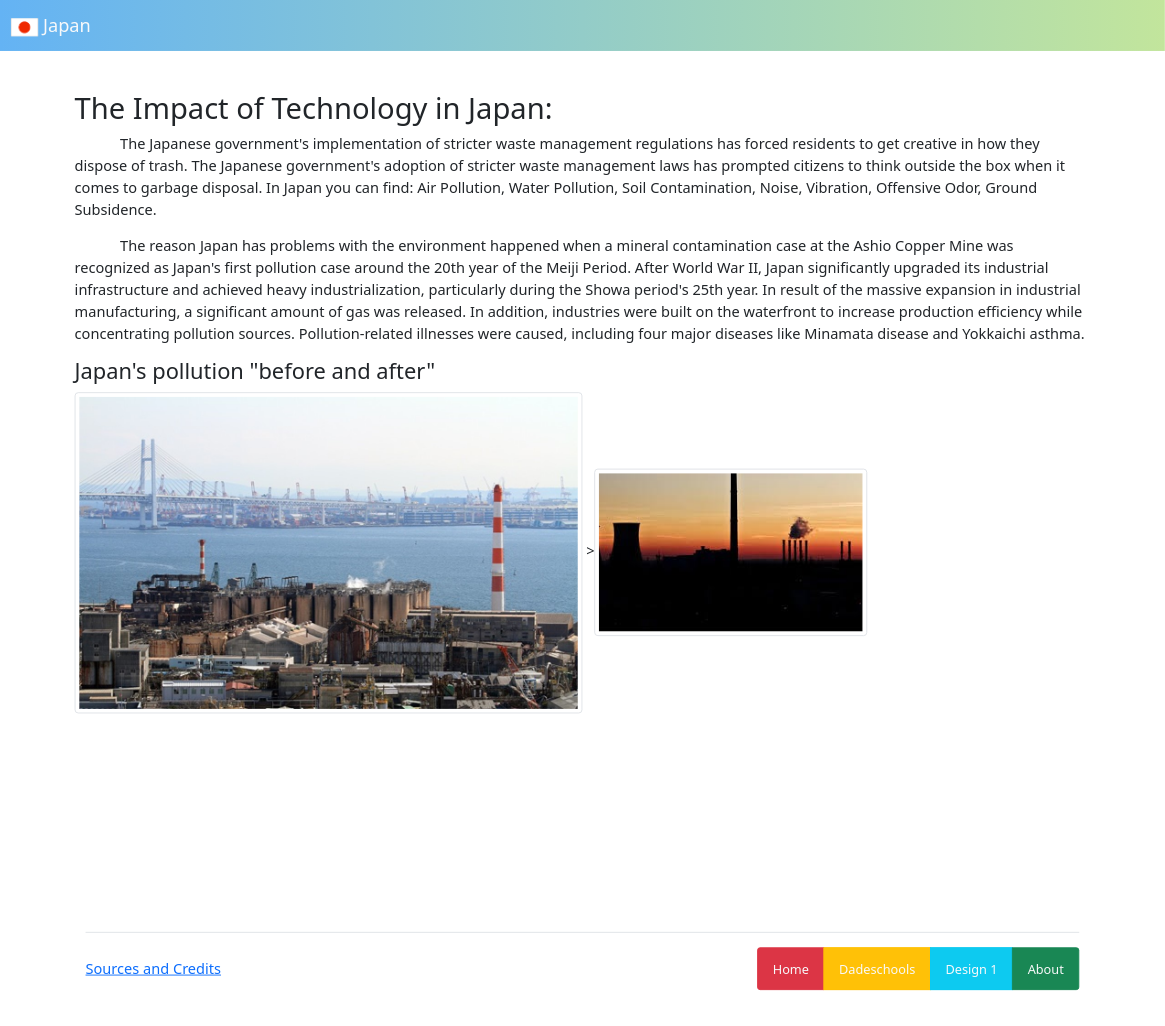
Repository: mrchilliballs/mrchilliballs.github.io
Page: untitled-2.html
The author's editor kept a copy of each file at every save. The page is drawn from the files as they stood at one save, then again after the next save.
The browser window is 1280 px wide. The pictures show the whole page, at 91% of full size.

Above is the page before, as saved 2021-09-02 19:06:26.

### untitled-2.html
<!DOCTYPE html>
<html lang="en">
<head>
    <meta charset="UTF-8">
    <meta http-equiv="X-UA-Compatible" content="IE=edge">
    <!-- CSS only -->
<link href="https://cdn.jsdelivr.net/npm/bootstrap@5.1.0/dist/css/bootstrap.min.css" rel="stylesheet" integrity="sha384-KyZXEAg3QhqLMpG8r+8fhAXLRk2vvoC2f3B09zVXn8CA5QIVfZOJ3BCsw2P0p/We" crossorigin="anonymous">
    <meta name="viewport" content="width=device-width, initial-scale=1.0">
    <title>Document</title>
    <style>
@keyframes AnimationName {
    0%{background-position:0% 50%}
    50%{background-position:100% 50%}
    100%{background-position:0% 50%}
}
#navabr {
    animation: AnimationName 1s ease infinite !important;
    background: #c2e59c;  /* fallback for old browsers */
    background: -webkit-linear-gradient(to right, #64b3f4, #c2e59c);  /* Chrome 10-25, Safari 5.1-6 */
    background: linear-gradient(to right, #64b3f4, #c2e59c); /* W3C, IE 10+/ Edge, Firefox 16+, Chrome 26+, Opera 12+, Safari 7+ */
}
    </style>
</head>
<body>
    <nav class="navbar navbar-light bg-light fixed-top" id="navabr">
        <div class="container-fluid">
          <a class="navbar-brand" href="#">
            <img src="japan.gif" alt="" width="30" height="20 class="d-inline-block align-text-top">
            <span class="text-light">Japan</span>
          </a>
        </div>
      </nav>
    <main class="container">
<h2 style="margin-top: 100px;">The Impact of Technology in Japan:</h2>
	<p style="text-indent: 50px;">The Japanese government's implementation of stricter waste management regulations has forced residents to get creative in how they dispose of trash. The Japanese government's adoption of stricter waste management laws has prompted citizens to think outside the box when it comes to garbage disposal. In Japan you can find: Air Pollution, Water Pollution, Soil Contamination, Noise, Vibration, Offensive Odor, Ground Subsidence.
	<br></p><p style="text-indent: 50px;">The reason Japan has problems with the environment happened when a mineral contamination case at the Ashio Copper Mine was recognized as Japan's first pollution case around the 20th year of the Meiji Period. After World War II, Japan significantly upgraded its industrial infrastructure and achieved heavy industrialization, particularly during the Showa period's 25th year. In result of the massive expansion in industrial manufacturing, a significant amount of gas was released. In addition, industries were built on the waterfront to increase production efficiency while concentrating pollution sources. Pollution-related illnesses were caused, including four major diseases like Minamata disease and Yokkaichi asthma.
    </p>
    <h4>Japan's pollution "before and after"</h4>
    <img src="Picture1.jpg" class="rounded img-thumbnail img-fluid  alt="..." height="50%" width="50%">
    ><img src="Picture2.jpg" class="rounded img-thumbnail img-fluid" alt="..." height="75%">
    <div style="margin-bottom: 15rem;"></div>
        <div class="container">
            <footer class="d-flex flex-wrap justify-content-between align-items-center py-3 my-4 border-top" style="">
              <div class="dropdown">
                <a class="" href="#" role="button" id="dropdownMenuLink" data-bs-toggle="dropdown" aria-expanded="false">
                  Sources and Credits
                </a>

                <ul class="dropdown-menu" aria-labelledby="dropdownMenuLink">
                  <li><a class="dropdown-item" href="https://www.world-weather-travellers-guide.com/air-pollution-in-japan.htm">Source 1</a></li>
                  <li><a class="dropdown-item" href="https://www.nytimes.com/1964/12/26/archives/tokyo-troubled-by-air-pollution-emphasis-in-smog-control-is-still.html">Source 2</a></li>
                  <li><a class="dropdown-item" href="https://creativecommons.org/licenses/by-nc/2.0/s">Source 3</a></li>
                  <li><a class="dropdown-item" href="https://encyclopedia.1914-1918 online.net/article/science_and_technology_japan ">Source 4</a></li>
                  <li><a class="dropdown-item" href="https://en.wikipedia.org/wiki/Tokyo">Source 5</a></li>
                  <li><a class="dropdown-item" href="https://en.wikipedia.org/wiki/Meiji_Restoration ">Source 6</a></li>
                </ul>
              </div>
              <a href="/" class="col-md-4 d-flex align-items-center justify-content-center mb-3 mb-md-0 me-md-auto link-dark text-decoration-none">
                <svg class="bi me-2" width="40" height="32"><use xlink:href="#bootstrap"></use></svg>
              </a>

              <ul class="nav col-md-4 justify-content-end">
                <div class="btn-group" role="group" aria-label="Basic mixed styles example">
                    <button type="button" class="btn btn-danger btn-sm"><li class="nav-item"><a href="#" class="nav-link px-2 text-light">Home</a></li></button>
                    <button type="button" class="btn btn-warning btn-sm"><li class="nav-item"><a href="https://www3.dadeschools.net" class="nav-link px-2 text-light">Dadeschools</a></li></button>
                    <button type="button" class="btn btn-info btn-sm"><li class="nav-item"><a href="index.html" class="nav-link px-2 text-light">Design 1</a></li></button>
                    <button type="button" class="btn btn-success btn-sm"><li class="nav-item"><a class="nav-link px-2 text-light" href="#" role="button" id="dropdownMenuLink" data-bs-toggle="dropdown" aria-expanded="false">About</a><ul class="dropdown-menu" aria-labelledby="dropdownMenuLink1">
                      <li class="dropdown-item">We made this website using the program language "HTML". It took us a lot of work and we hope we get a good grade on this because we did our best on this website.</li>
                    </ul></li>
                    </button>
                  </div>
              </ul>
            </footer>
          </div>
          <!-- JavaScript Bundle with Popper -->
<script src="https://cdn.jsdelivr.net/npm/bootstrap@5.1.0/dist/js/bootstrap.bundle.min.js" integrity="sha384-U1DAWAznBHeqEIlVSCgzq+c9gqGAJn5c/t99JyeKa9xxaYpSvHU5awsuZVVFIhvj" crossorigin="anonymous"></script>
    </main>
</body>
</html>

After the next save:
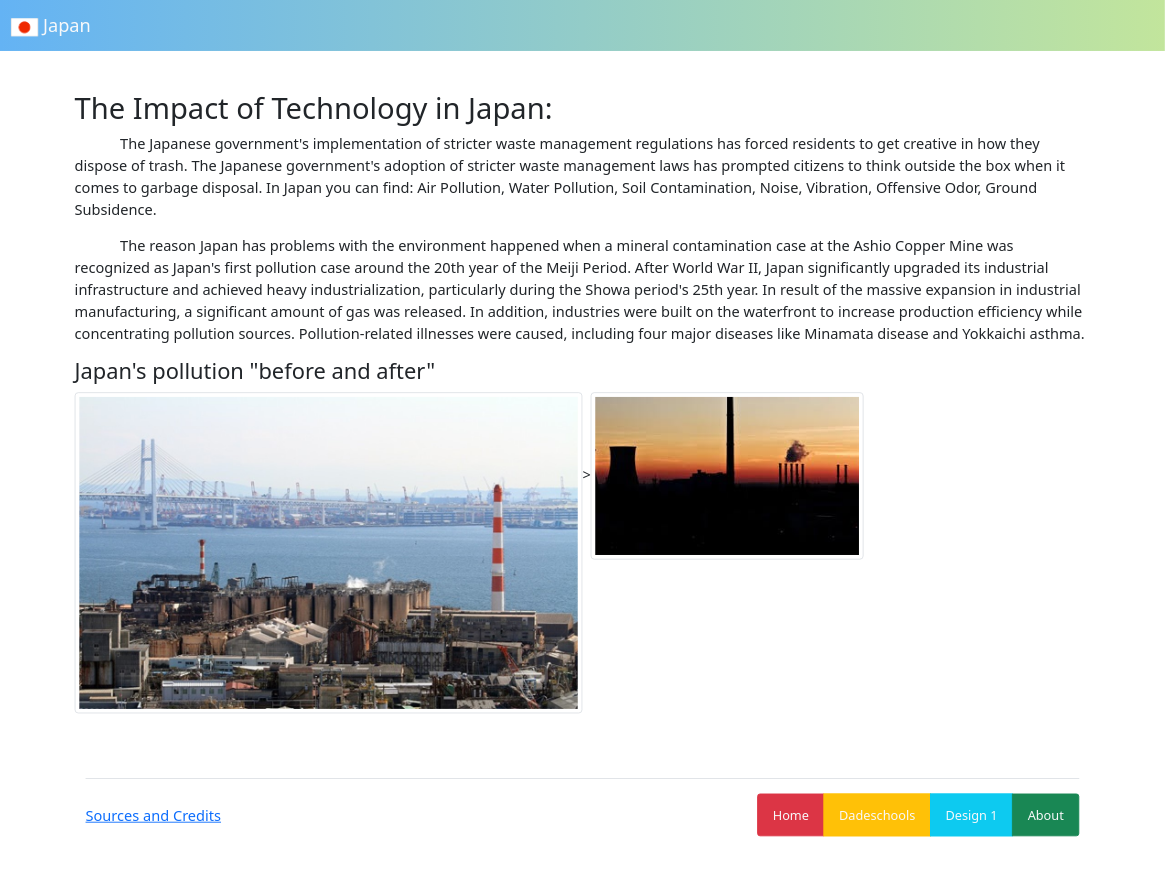
Saved 7 s later.
--- a/untitled-2.html
+++ b/untitled-2.html
@@ -36,7 +36,7 @@
 	<br></p><p style="text-indent: 50px;">The reason Japan has problems with the environment happened when a mineral contamination case at the Ashio Copper Mine was recognized as Japan's first pollution case around the 20th year of the Meiji Period. After World War II, Japan significantly upgraded its industrial infrastructure and achieved heavy industrialization, particularly during the Showa period's 25th year. In result of the massive expansion in industrial manufacturing, a significant amount of gas was released. In addition, industries were built on the waterfront to increase production efficiency while concentrating pollution sources. Pollution-related illnesses were caused, including four major diseases like Minamata disease and Yokkaichi asthma.
     </p>
     <h4>Japan's pollution "before and after"</h4>
-    <img src="Picture1.jpg" class="rounded img-thumbnail img-fluid  alt="..." height="50%" width="50%">
+    <img src="Picture1.jpg" class="rounded img-thumbnail img-fluid float-start" alt="..." height="50%" width="50%">
     ><img src="Picture2.jpg" class="rounded img-thumbnail img-fluid" alt="..." height="75%">
     <div style="margin-bottom: 15rem;"></div>
         <div class="container">
